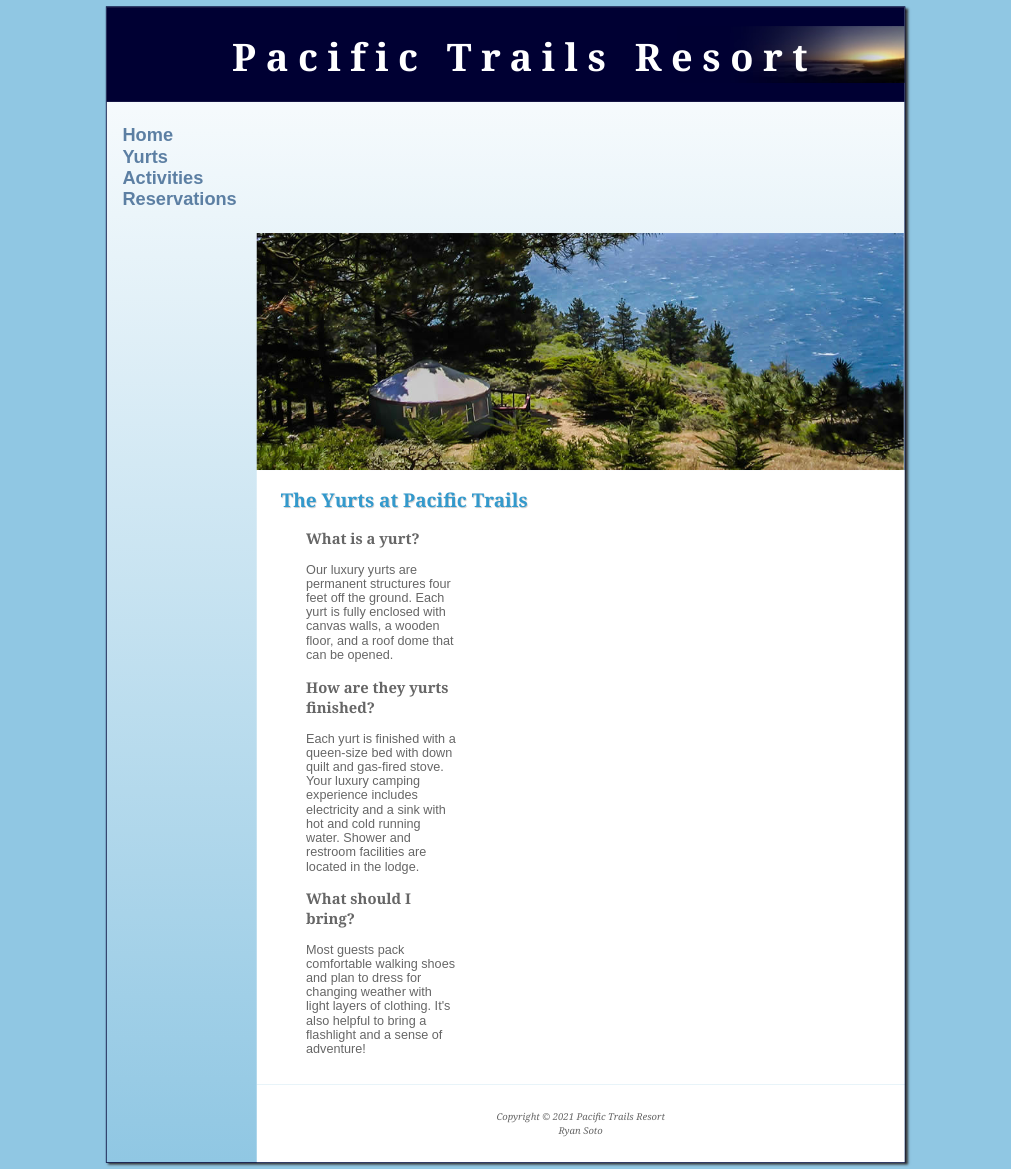
Repository: rsoto003/web-dev-152
Page: dist/assignments/chapter8/ch8pacific/yurts.html
These files come from the project's save history. The page is drawn as it stood at one moment and after the next save; the edit follows.
The browser window is 1280 px wide. The pictures show the whole page, at 79% of full size.
Some web libraries are served in a nearby version.

Above is the page before, as saved 2021-07-25 22:09:50.

### dist/assignments/chapter8/ch8pacific/yurts.html
<!DOCTYPE html>
<html lang="en">
<head>
    <meta charset="UTF-8">
    <meta http-equiv="X-UA-Compatible" content="IE=edge">
    <meta name="viewport" content="width=device-width, initial-scale=1.0">
    <title>Pacific Trails Resorts :: Yurts</title>
    <link rel="stylesheet" href="pacific.css">
    <script src="https://kit.fontawesome.com/1c51b803b7.js" crossorigin="anonymous"></script>
</head>
<body>
    <div id="wrapper">
        <header>
            <h1><a href="index.html">Pacific Trails Resort</a></h1>
        </header>
        <nav>
            <ul>
                <li><a href="index.html">Home</a></li>
                <li><a href="yurts.html">Yurts</a></li>
                <li><a href="activities.html">Activities</a></li>
                <li><a href="reservations.html">Reservations</a></li>
            </ul>
        </nav>
        <div id="yurthero"></div>
        <main>
            <h2>The Yurts at Pacific Trails</h2>

            <section>
                <h3>What is a yurt?</h3>
                <p>Our luxury yurts are permanent structures four feet off the ground. Each yurt is fully enclosed with canvas walls,
                    a wooden floor, and a roof dome that can be opened.
                </p>
            </section>

            <section>
                <h3>How are they yurts finished?</h3>
                <p>Each yurt is finished with a queen-size bed with down quilt and gas-fired stove. Your luxury camping experience includes
                    electricity and a sink with hot and cold running water. Shower and restroom facilities are located in the lodge.
                </p>
            </section>

            <section>
                <h3>What should I bring?</h3>
                <p>Most guests pack comfortable walking shoes and plan to dress for changing weather with light layers
                    of clothing. It's also helpful to bring a flashlight and a sense of adventure!
                </p>
            </section>
        </main>
        <footer>
            <p>Copyright &copy; 2021 Pacific Trails Resort<br>
            Ryan Soto</p>
        </footer>
    </div>
</body>
</html>

### dist/assignments/chapter8/ch8pacific/pacific.css
* {
    box-sizing: border-box;
}

body {
    background-color: #90c7e3;
    color: #666666;
    font-family: Arial, Helvetica, sans-serif;
}
#wrapper {
    background-image: linear-gradient(to bottom, #fff, #90c7e3);
    background-repeat: no-repeat;
    border: 1px solid #003; /* bd */
    box-shadow: 3px 3px 3px #333;
    margin: auto;
    min-width: 960px;
    max-width: 2048px;
    width: 80%;
}

header {
    background-color: #003; /* bgc#003 */
    color: #fff; /* c#fff */
    background-image: url("images/sunset.jpg"); /* bgi */
    background-position: right; /* bgp */
    background-repeat: no-repeat; /* bgr:n */
    height: 120px; /* h120*/
    padding-top: 30px; /*pt30*/
    padding-left: 3em; /* pl3em */
    text-align: center; /*tac*/
}
header a {
    text-decoration: none; /* tdn */
    color: #fff;
}
header a:link {
    color: #fff; /* c#fff */
}
header a:vistied {
    color: #fff; /* c#fff */
}
header a:hover {
    color: #90c7e9; /* c#90c7e9 */
}
nav {
    /* background-color: #FFF; */
    /* float: left; fl */
    font-size: 120%; /* fz120% */
    font-weight: bold;
    padding: 1.5em 1.5em 1.5em .5em;
    width: 160px; /* w160 */
}

nav ul {
    list-style-type: none; /* listn */
    margin: 0; /* m0 */
    padding-left: 0; /* pl0 */
    font-size: 1.2em; /* fz1.2em */
}
nav a {
    text-decoration: none; /* tdn */
    font-weight: bold; /* fwb */
    padding: 10px; /* p10 */
}
nav a:link {
    color: #5c7fa3; /* c#5c75a3*/
}
nav a:visited {
    color: #344873; /* c#344873 */
}
nav a:hover {
    color: #a42A2a; /* c#a42A2a */
}

main {
    background-color: #fff; /* bgc#fff */
    margin-left: 190px; /* ml190 */
    padding: 1px 20px 20px 30px; /* p1-20-20-30 */
    overflow: auto; /* oa */
}

section {
    /* float: left; fl */
    padding: 0 2em; /* p0-2em */
    width: 33%; /* w33% */
}

h1, h2, h3, footer {
    font-family: Georgia, "Times New Roman", serif;
}
h1 {
    font-size: 3em; /* fz3em */
    letter-spacing: 0.25em; /* lts.25em */
    margin-bottom: 0;
    margin-top: 0;
}
h2 {
    color: #39c;
    text-shadow: 1px 1px 1px #ccc;
}
ul {
    /* list-style-image: url("images/marker.gif"); */
    list-style-position: inside;
}

dt {
    color: #003;
}
footer {
    background-color: #fff; /* bgc#fff */
    font-size: 75%;
    margin-left: 190px; /* ml190 */
    text-align: center;
    font-style: italic;
    padding: 20px;
}
.resort {
    color: #5c7fa3;
    font-weight: bold;
}

#contact {
    font-size: 90%;
}

#homehero {
    height: 300px;
    background-image: url('./images/coast2.jpg');
    background-size: 100% 100%;
    background-repeat: no-repeat;
    margin-left: 190px; /* ml190 */
}

#yurthero {
    height: 300px;
    background-image: url('./images/yurt.jpg');
    background-size: 100% 100%;
    background-repeat: no-repeat;
    margin-left: 190px; /* ml190 */
}

#trailhero {
    height: 300px;
    background-image: url('./images/trail.jpg');
    background-size: 100% 100%;
    background-repeat: no-repeat;
    margin-left: 190px; /* ml190 */
}

After the next save:
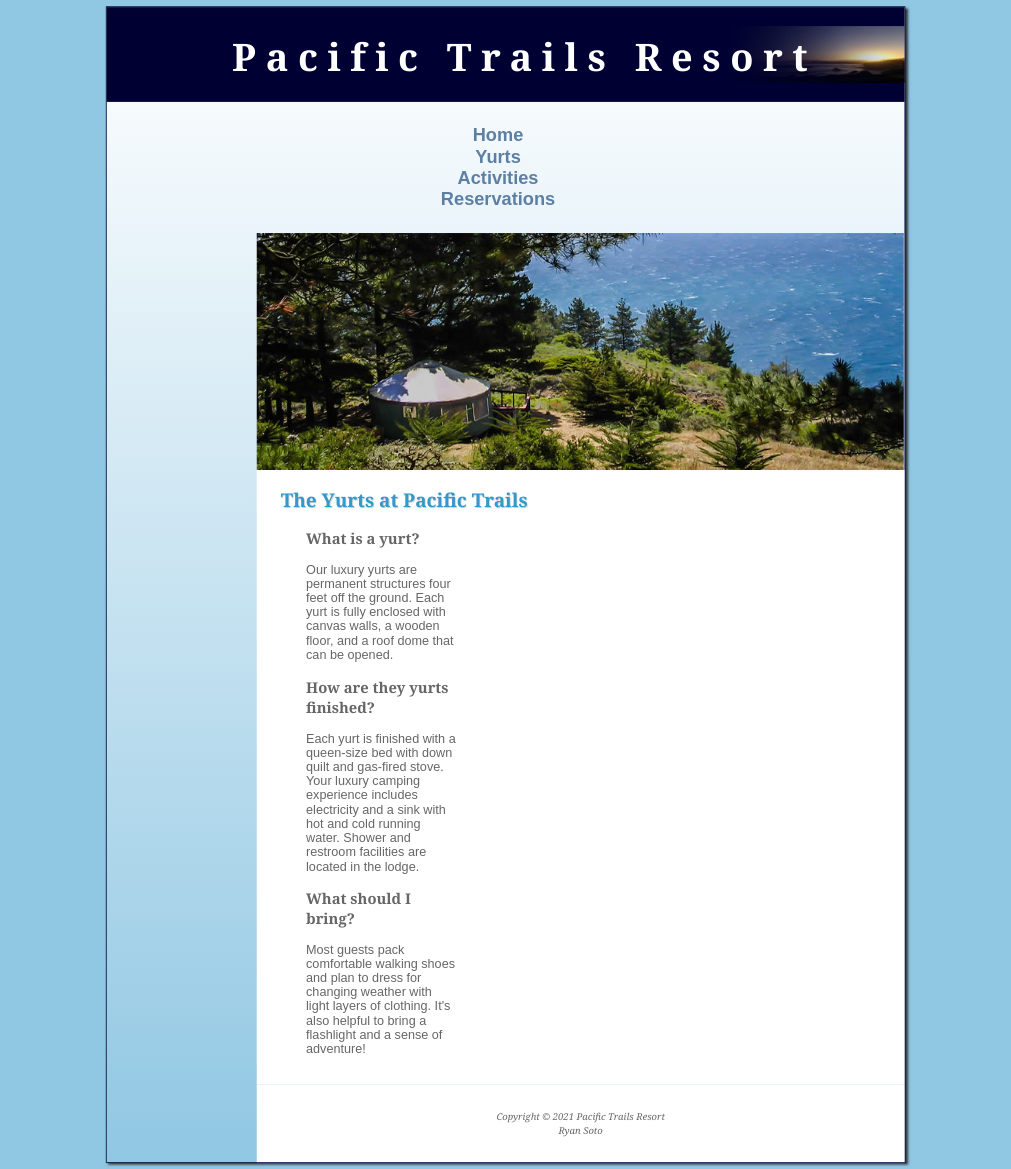
Saved 49 s later.
--- a/dist/assignments/chapter8/ch8pacific/pacific.css
+++ b/dist/assignments/chapter8/ch8pacific/pacific.css
@@ -48,7 +48,8 @@ nav {
     font-size: 120%; /* fz120% */
     font-weight: bold;
     padding: 1.5em 1.5em 1.5em .5em;
-    width: 160px; /* w160 */
+    /* width: 160px; w160 */
+    text-align: center;
 }
 
 nav ul {
